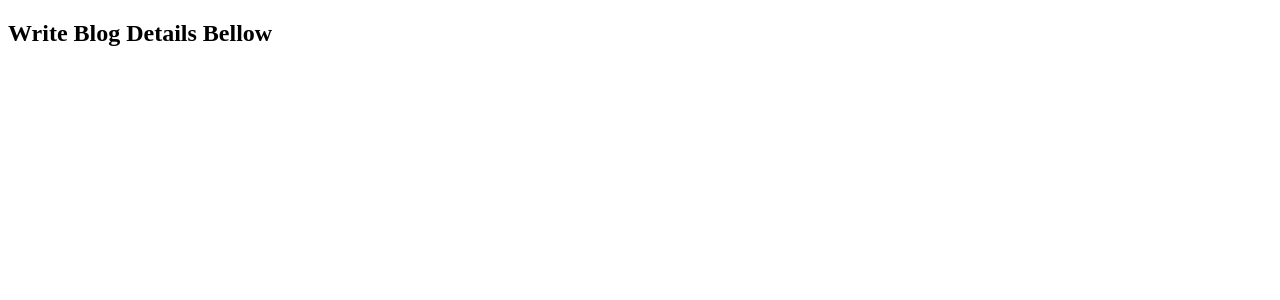
Repository: choubeyshubham018/CompleteJavaQuestions
Page: http://localhost/Ques_17_ServletBlogApplication/blog.jsp
An editor plug-in stored every save of this project. The page is shown before and after the next save, followed by the edit.
The browser window is 1280 px wide. The pictures show the whole page.
The page is served by Tomcat 9.

Above is the page before, as saved 2023-09-19 07:04:52.

After the next save:
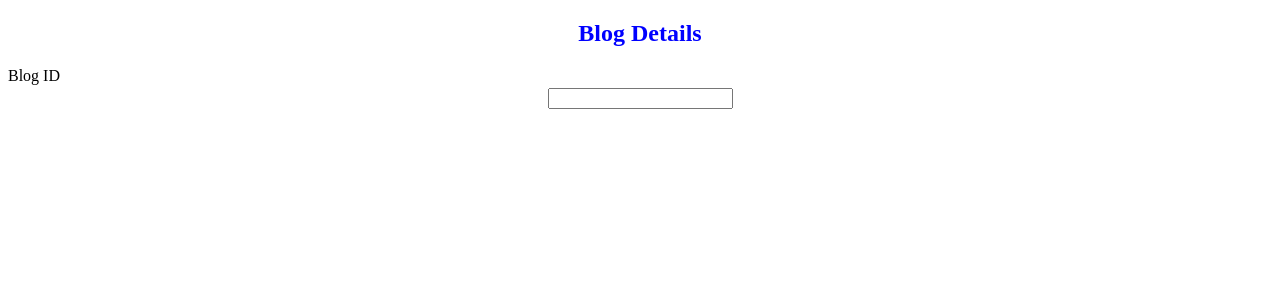
Saved 3 min 18 s later.
--- a/Servlet Assignment/Ques_17_ServletBlogApplication/src/main/webapp/blog.jsp
+++ b/Servlet Assignment/Ques_17_ServletBlogApplication/src/main/webapp/blog.jsp
@@ -7,8 +7,14 @@
 <title>Blogging Page</title>
 </head>
 <body>
-<h2>Write Blog Details Bellow</h2>
-<form action="/blog" method="post"></form>
-
+<h2 style="text-align: center; color: blue;"> Blog Details</h2>
+<form action="/blog" method="post">
+<table align="center">
+<tr>
+	<label>Blog ID</label>
+	<td><input type="text" name="bid"></td>
+</tr>
+</table>
+</form>
 </body>
 </html>
